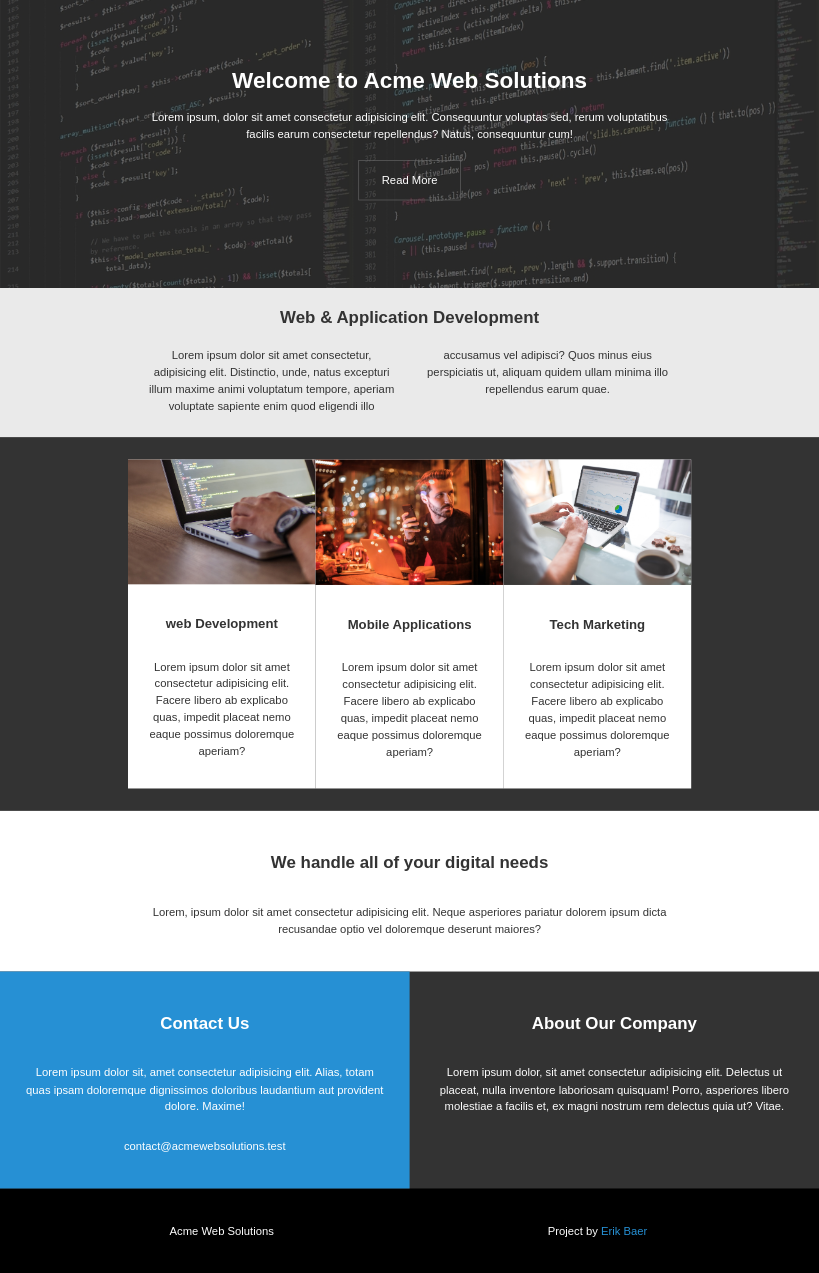
Repository: ErikBaer/MobileFirst
Page: index.html
The author's editor kept a copy of each file at every save. The page is drawn from the files as they stood at one save, then again after the next save.
The browser window is 1280 px wide. The pictures show the whole page, at 64% of full size.

Above is the page before, as saved 2020-02-15 04:01:11.

### index.html
<!DOCTYPE html>
<html lang="en">
<head>
    <meta charset="UTF-8">
    <meta name="viewport" content="width=device-width, initial-scale=1.0">
    <link rel="stylesheet" type="text/css" href="style.css">
    <title>Acme Web Solutions</title>
</head>
<body>

<!--Header Showcase -->

   <header id="showcase" class="grid">
    <div class="bg-image"></div>
    <div class="content-wrap">
    <h1>Welcome to Acme Web Solutions</h1>
    <p>Lorem ipsum, dolor sit amet consectetur adipisicing elit.
         Consequuntur voluptas sed, rerum voluptatibus facilis
         earum consectetur repellendus? Natus, consequuntur cum!
        </p>
    <a href="#section-b" class="btn">Read More</a>
    </div>
</header>

<!-- Main Area -->

<main id="main">

    <!-- Section A -->

    <section id="section-a" class="grid">
        <div class="content-wrap">
            <h2 class="content-title">Web & Application Development</h2>
            <div class="content-text">
                <p>Lorem ipsum dolor sit amet consectetur, adipisicing elit.
                    Distinctio, unde, natus excepturi illum maxime animi
                    voluptatum tempore, aperiam voluptate sapiente enim quod
                    eligendi illo accusamus vel adipisci? Quos minus eius
                    perspiciatis ut, aliquam quidem ullam minima illo
                    repellendus earum quae.</p>
            </div>
        </div>
    </section>

    <!-- Section B -->

    <section id="section-b" class="grid">
        <ul>
            <li>
                <div class="card">
                    <img src="./Assets/Coding-Person.jpg" alt="">
                    <div class="card-content">
                        <h3 class="card-title">web Development</h3>
                        <p>Lorem ipsum dolor sit amet consectetur
                            adipisicing elit. Facere libero ab explicabo
                            quas, impedit placeat nemo eaque possimus
                            doloremque aperiam?</p>
                    </div>
                </div>
            </li>
            <li>
                <div class="card">
                    <img src="./Assets/mobile-man.jpg" alt="">
                    <div class="card-content">
                        <h3 class="card-title">Mobile Applications</h3>
                        <p>Lorem ipsum dolor sit amet consectetur
                            adipisicing elit. Facere libero ab explicabo
                            quas, impedit placeat nemo eaque possimus
                            doloremque aperiam?</p>
                    </div>
                </div>
            </li>
            <li>
                <div class="card">
                    <img src="./Assets/charts.jpg" alt="">
                    <div class="card-content">
                        <h3 class="card-title">Tech Marketing</h3>
                        <p>Lorem ipsum dolor sit amet consectetur
                            adipisicing elit. Facere libero ab explicabo
                            quas, impedit placeat nemo eaque possimus
                            doloremque aperiam?</p>
                    </div>
                </div>
            </li>
        </ul>
    </section>

    <!-- Section C -->
    <section id="section-c" class="grid">
        <div class="content-wrap">
            <h2 class="content-title"> We handle all of your digital needs</h2>
            <p>Lorem, ipsum dolor sit amet consectetur adipisicing elit.
                Neque asperiores pariatur dolorem ipsum dicta recusandae
                 optio vel doloremque deserunt maiores?</p>
        </div>
    </section>

    <!-- Section D -->

    <section id="section-d" class="grid">
        <div class="box">
            <h2 class="content-title">Contact Us</h2>
            <p>Lorem ipsum dolor sit, amet consectetur adipisicing elit.
                 Alias, totam quas ipsam doloremque dignissimos doloribus
                 laudantium aut provident dolore. Maxime!</p>
            <p>contact@acmewebsolutions.test</p>
        </div>
        <div class="box">
            <h2 class="content-title">About Our Company</h2>
            <p>Lorem ipsum dolor, sit amet consectetur adipisicing elit.
                Delectus ut placeat, nulla inventore laboriosam quisquam!
                Porro, asperiores libero molestiae a facilis et, ex magni
                 nostrum rem delectus quia ut? Vitae.</p>
        </div>
    </section>
</main>

<!-- Footer -->

<footer id="main-footer" class="grid">
    <div>Acme Web Solutions</div>
    <div>Project by <a href="www.baerdata.de" target="blank">Erik Baer</a></div>
</footer>

</body>
</html>

### style.css
body {
    margin: 0;
    font-family: Arial, Helvetica, sans-serif;
    background-color: #333;
    color: white;
    font-size:1.1em;
    line-height: 1.5;
    text-align: center;
}

img {
    display:block;
    width:100%;
    height: auto;
}

h1, h2, h3 {
    margin:0;
    padding: 1em 0;
}

p {
    margin: 0;
    padding: 1em 0;
}

.btn {
    display: inline-block;
    background: 333;
    color: white;
    text-decoration: none;
    padding: 1em 2em;
    border: 1px solid #666;
    margin: .5em 0
}

.btn:hover {
  background: #eaeaea;
  color: #333;
}

/* Header Showcase */

#showcase {
    min-height: 450px;
    color: #fff;
    text-align: center;
}

#showcase .bg-image {
    position: absolute;
    background: #333 url(/Assets/code.jpg);
    background-position: center;
    background-repeat: no-repeat;
    background-size: cover;
    width: 100%;
    height: 450px;
    z-index: -1;
    opacity: 0.4;
}

#showcase h1 {
    padding-top: 100px;
    padding-bottom: 0;
}

#showcase .content-wrap,
#section-a .content-wrap {
    padding: 0 1.5em;
}


/* Section A */

#section-a {
    background: #eaeaea;
    color: #333;
    padding-bottom: 2em;
}


/* Section B */

#section-b {
    padding: 2em 1em 1em;
}

#section-b ul {
    list-style:none;
    margin:0;
    padding:0;
}

#section-b li {
    margin-bottom: 1em;
    background: #fff;
    color: #333;

}

.card-content {
    padding: 1.5em;
}

/* Section c */

#section-c {
    background: #fff;
    color: #333;
    padding: 2em;
}

/* Section D / Boxes */

#section-d .box {
    padding: 2em;
    color: #fff;
}

#section-d .box:first-child {
    background: #2690d4;
}

/* Footer */

#main-footer {
    padding: 3em;
    background: #000;
    color: white;
    text-align: center;
}

#main-footer a {
    color: #2690d4;
    text-decoration: none;
}

/* Media Queries */

@media(min-width: 700px) {
    .grid {
        display: grid;
        grid-template-columns: 1fr repeat(2, minmax(auto, 25em))1fr;
    }

    #section-a .content-text {
        columns: 2;
        column-gap: 2em;
    }

    #section-a .content-text p {
        padding-top: 0;
    }

    .content-wrap,
     #section-b ul {
         grid-column: 2/4;
     }

     .box, #main-footer div {
         grid-column: span 2;
     }

     #section-b ul {
         display:flex;
     }
     #section-b li {
         width: 35%;
     }
}

After the next save:
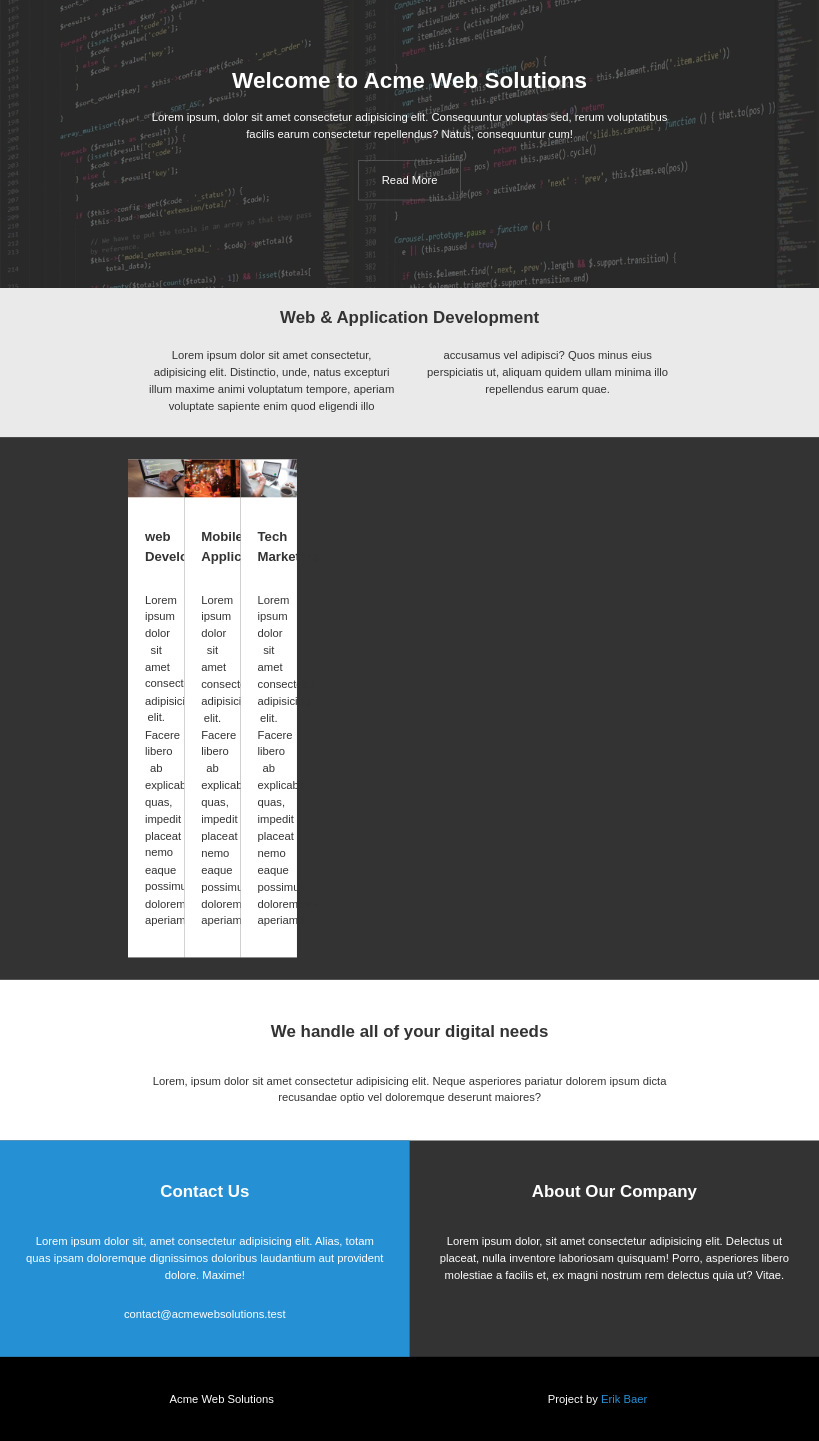
Saved 34 s later.
--- a/style.css
+++ b/style.css
@@ -164,7 +164,8 @@
      #section-b ul {
          display:flex;
      }
+
      #section-b li {
-         width: 35%;
+         width: 10%;
      }
 }

After the save that followed:
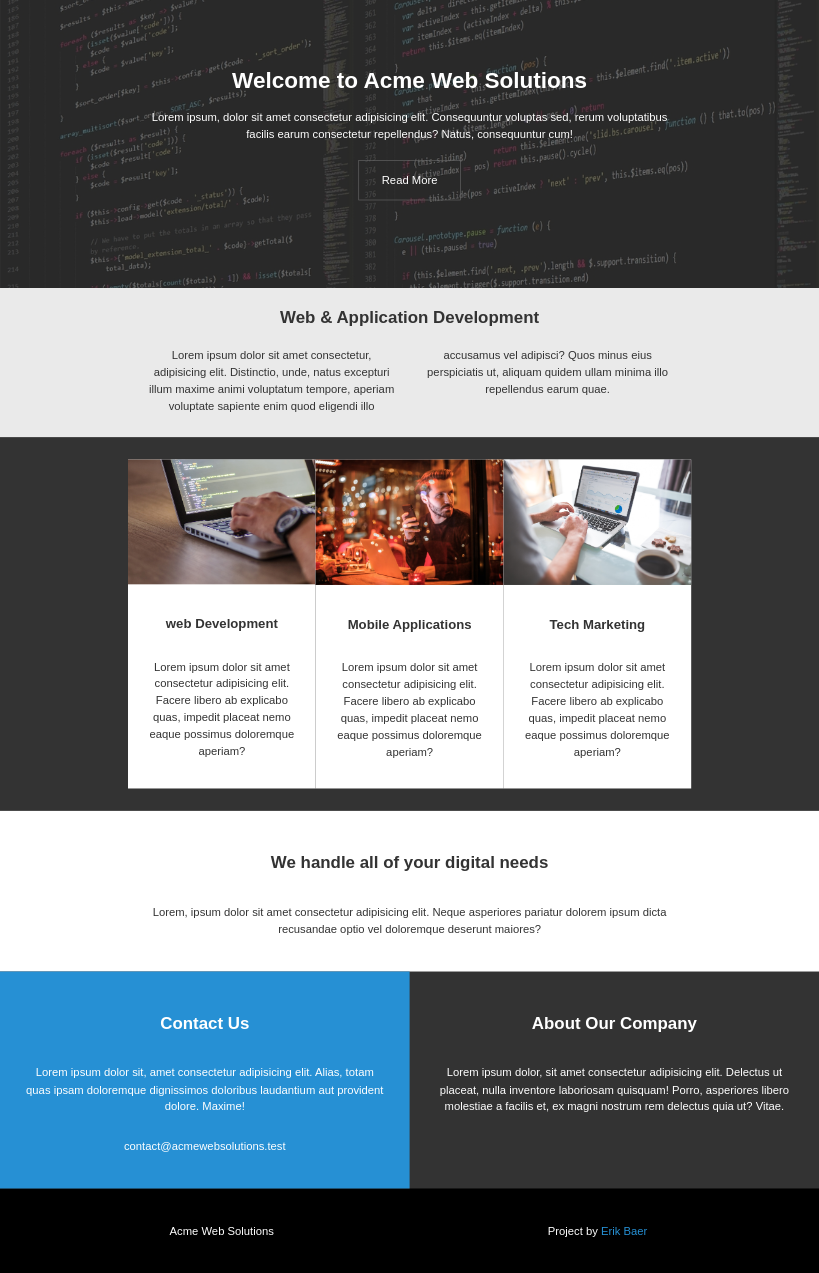
Saved 4 s later.
--- a/style.css
+++ b/style.css
@@ -166,6 +166,6 @@
      }
 
      #section-b li {
-         width: 10%;
+         width: 50%;
      }
 }
